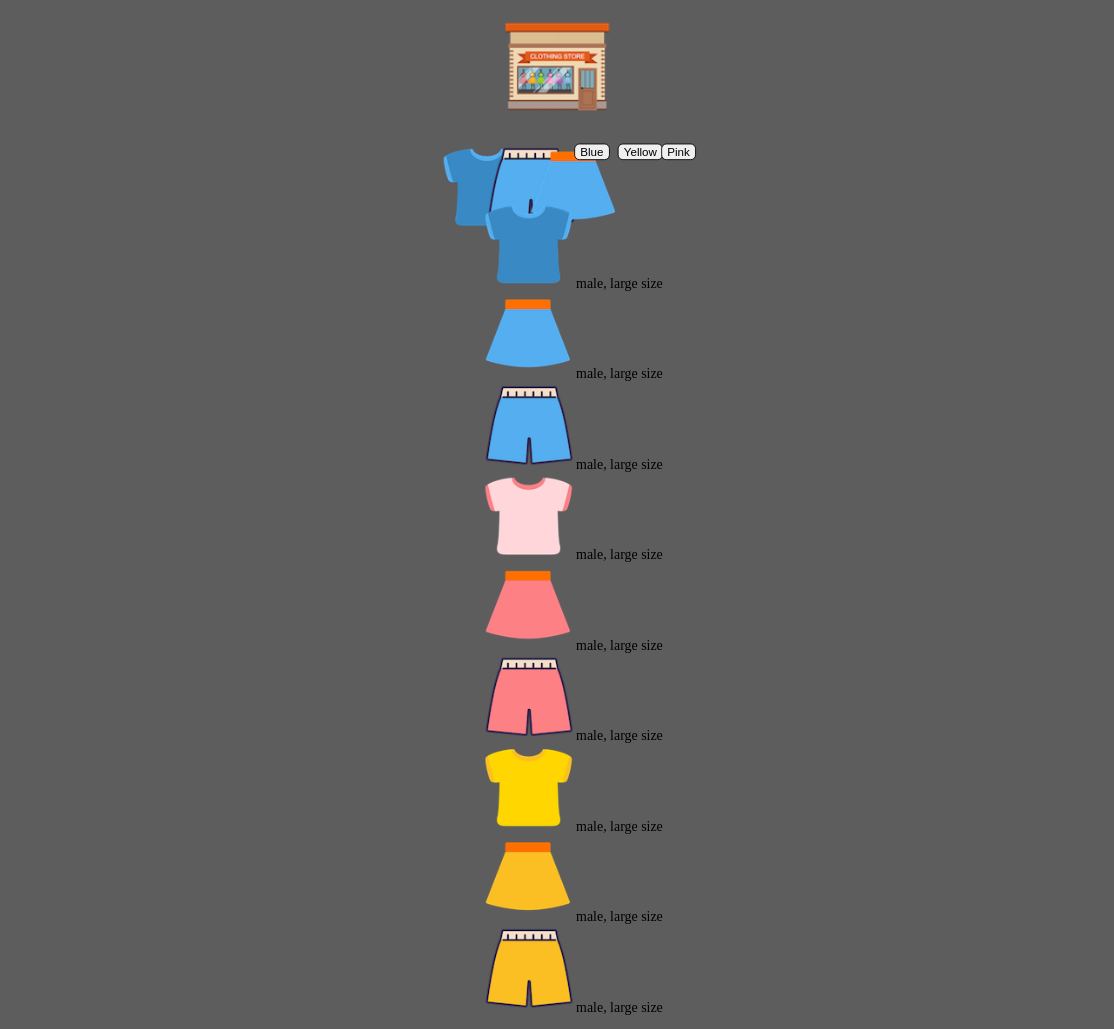
Repository: keehoonjung/Shoppingmall-Game
Page: index.html
The author's editor kept a copy of each file at every save. The page is drawn from the files as they stood at one save, then again after the next save.
The browser window is 1280 px wide. The pictures show the whole page, at 87% of full size.

Above is the page before, as saved 2021-08-12 13:32:12.

### index.html
<!DOCTYPE html>
<html lang="en">
<head>
    <meta charset="UTF-8">
    <meta http-equiv="X-UA-Compatible" content="IE=edge">
    <meta name="viewport" content="width=device-width, initial-scale=1.0">
    <title>Shoppingamll Game</title>
    <link rel="stylesheet" href="style.css">
    <script src="main.js" defer></script>
</head>
<body>
    <header>
        <img src="./imgs/logo.png" alt="header" class="header__logo">
    </header>
    <ul class="filter">
        <li class="filter__btn">
            <img src="./imgs/blue_t.png" alt="shirt" class="shirt">
        </li>
        <li class="filter__btn">
            <img src="./imgs/blue_p.png" alt="pants" class="pants">
        </li>
        <li class="filter__btn">
            <img src="./imgs/blue_s.png" alt="" class="skirts">
        </li>
        <li class="filter__btn">
            <button class="blue">
                Blue
            </button>
        </li>
        <li class="filter__btn">
            <button class="yellow">
                Yellow
            </button>
        </li>
        <li class="filter__btn">
            <button class="pink">
                Pink
            </button>
        </li>
    </ul>
    <ul class="items">
        <li class="item">
            <img src="./imgs/blue_t.png" alt="blueshirt">
            <span>male, large size</span>
        </li>
        <li class="item">
            <img src="./imgs/blue_s.png" alt="blueshirt">
            <span>male, large size</span>
        </li>
        <li class="item">
            <img src="./imgs/blue_p.png" alt="blueshirt">
            <span>male, large size</span>
        </li>
        <li class="item">
            <img src="./imgs/pink_t.png" alt="blueshirt">
            <span>male, large size</span>
        </li>
        <li class="item">
            <img src="./imgs/pink_s.png" alt="blueshirt">
            <span>male, large size</span>
        </li>
        <li class="item">
            <img src="./imgs/pink_p.png" alt="blueshirt">
            <span>male, large size</span>
        </li>
        <li class="item">
            <img src="./imgs/yellow_t.png" alt="blueshirt">
            <span>male, large size</span>
        </li>
        <li class="item">
            <img src="./imgs/yellow_s.png" alt="blueshirt">
            <span>male, large size</span>
        </li>
        <li class="item">
            <img src="./imgs/yellow_p.png" alt="blueshirt">
            <span>male, large size</span>
        </li>
    </ul>
</body>
</html>

### style.css
* {
  box-sizing: border-box;
}

body {
  background-color: rgb(94, 93, 93);
  text-align: center;
  margin: 0;
}

ul {
  list-style: none;
}

button {
  border: 1px solid black;
  border-radius: 6px;
}

header {
  margin-top: 20px;
}

.header__logo {
  width: 125px;
}

.filter {
  display: flex;
  justify-content: center;
}

.filter__btn {
  padding-right: 12px;
  width: 50px;
  height: 50px;
}

Loaded but not shown: main.js (no copy from this time; the picture is the same without it)

After the next save:
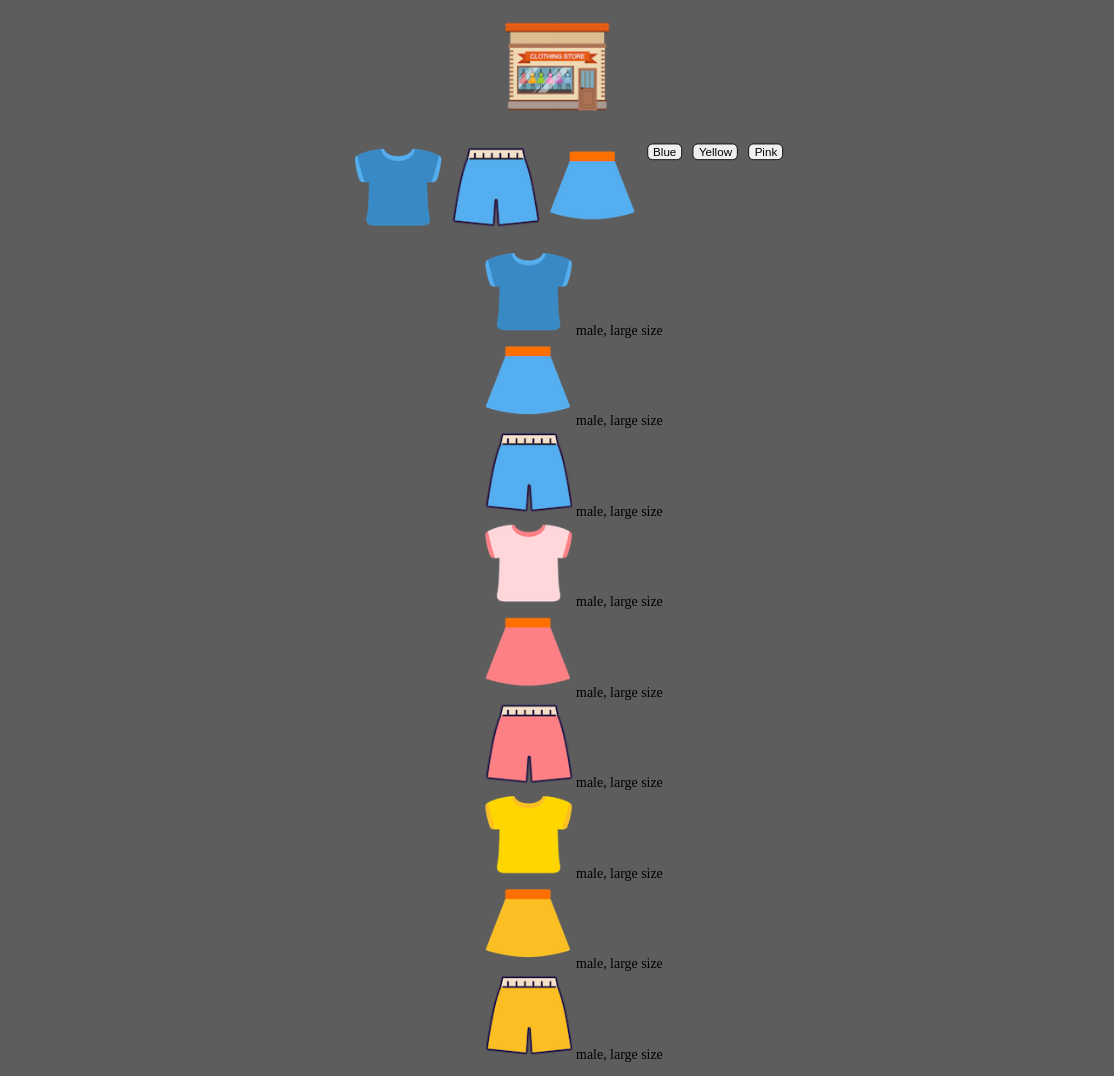
Saved 4 s later.
--- a/style.css
+++ b/style.css
@@ -32,6 +32,4 @@ header {
 
 .filter__btn {
   padding-right: 12px;
-  width: 50px;
-  height: 50px;
 }
